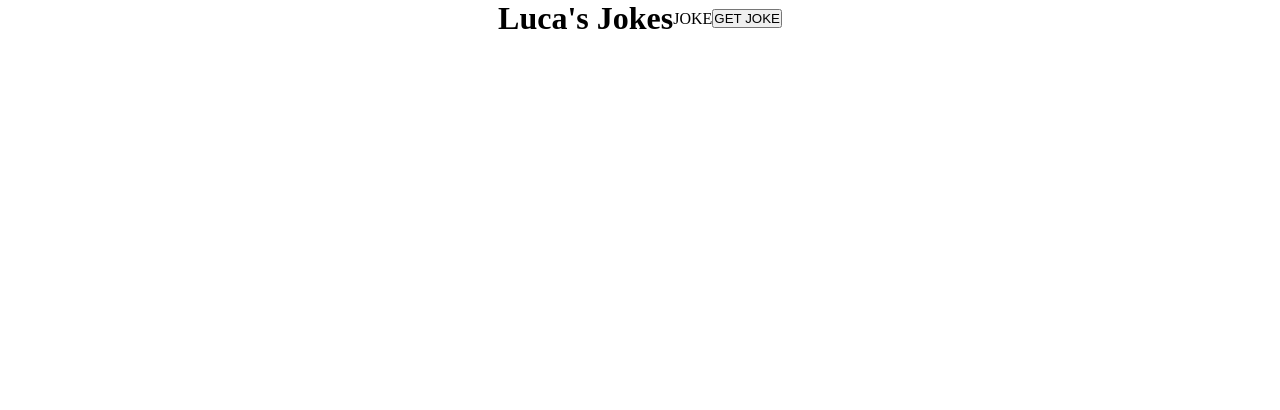
Repository: SerbanLuca/ChuckNorrisJokes-app
Page: /
These files come from the project's save history. The page is drawn as it stood at one moment and after the next save; the edit follows.
The browser window is 1280 px wide. The pictures show the whole page.
The project was rebuilt for these pictures with package versions that can differ from the ones it lists, and the page was loaded fresh each time.

Above is the page before, as saved 2021-04-07 13:40:20.

After the next save:
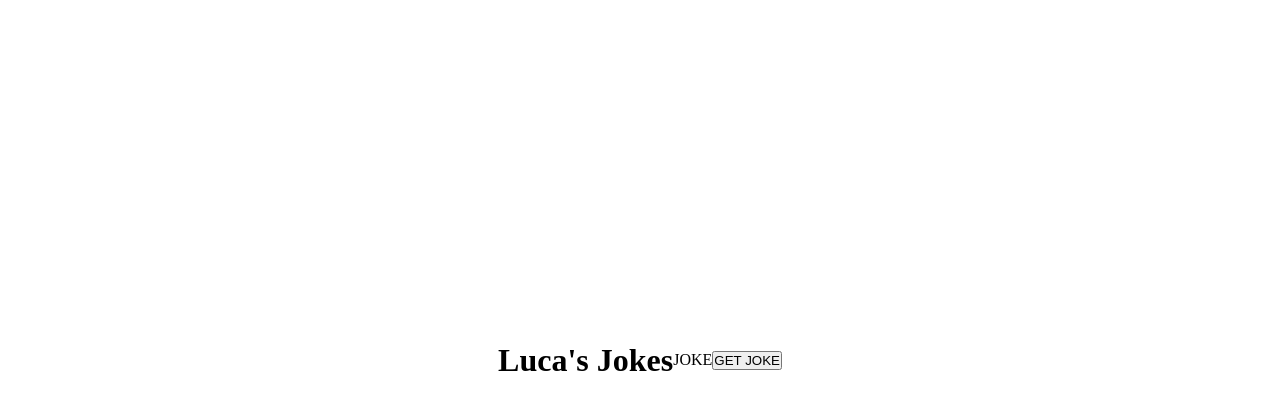
Saved 5 s later.
--- a/src/App.css
+++ b/src/App.css
@@ -10,5 +10,6 @@
   display: flex;
   align-items: center;
   justify-content: center;
-  min-he
+  min-height: 100vh;
+
 }
